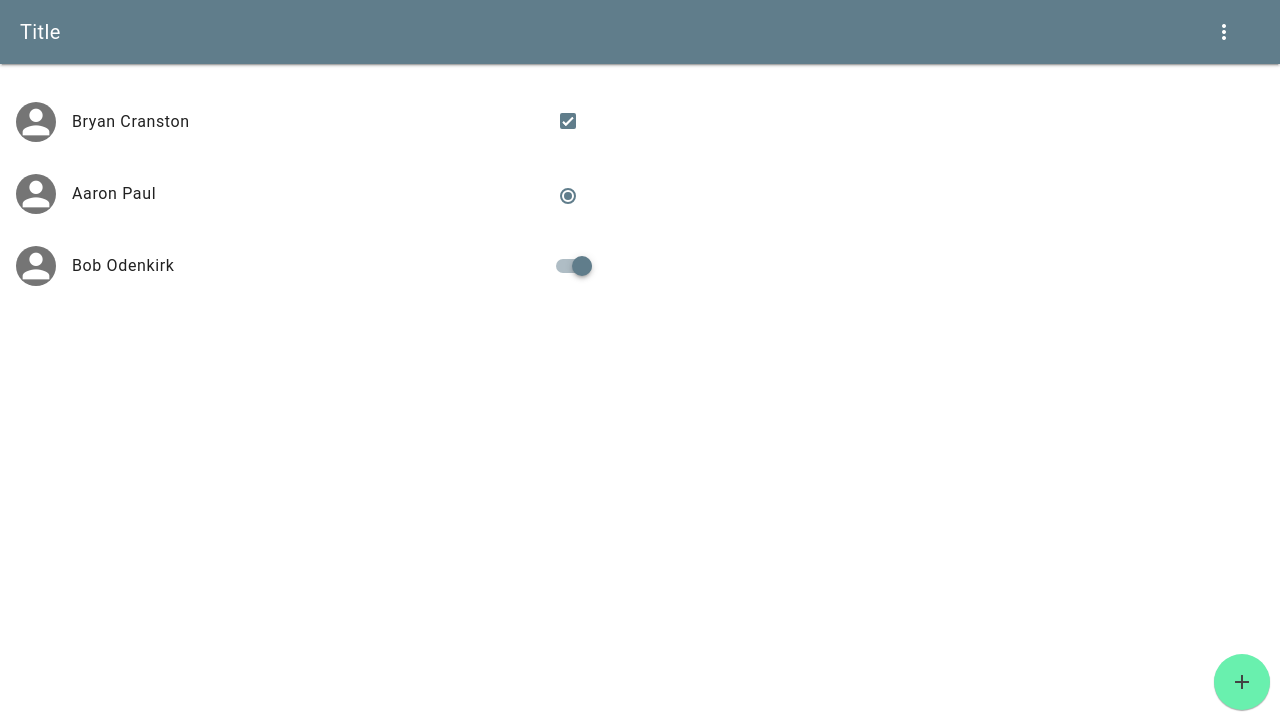
Repository: robertods/robertods.github.io
Page: my-pwa/mockups/main.html
The author's editor kept a copy of each file at every save. The page is drawn from the files as they stood at one save, then again after a run of saves.
The browser window is 1280 px wide. The pictures show the whole page.

Above is the page before, as saved 2022-04-25 20:53:40.

After the next 2 saves:
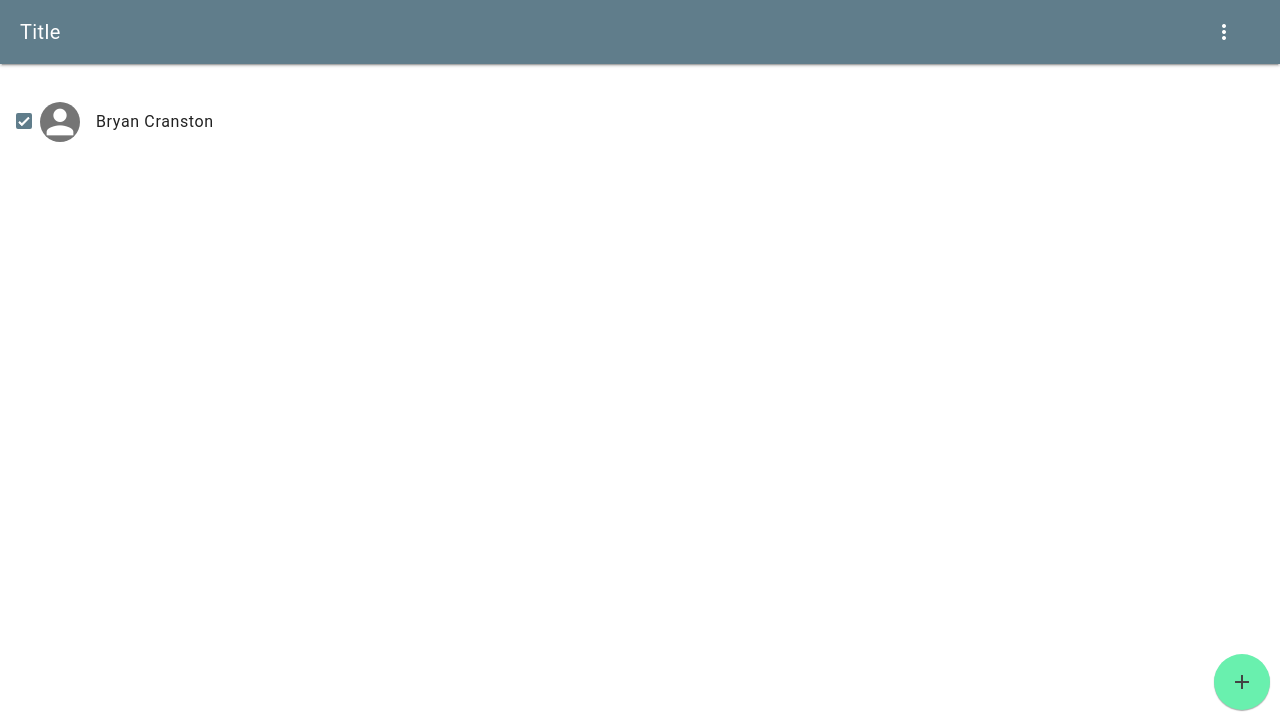
The 2 saves are shown as one change because they came seconds apart.
The last was saved 31 s later.
--- a/my-pwa/mockups/main.html
+++ b/my-pwa/mockups/main.html
@@ -43,38 +43,17 @@
 
         <ul class="demo-list-control mdl-list">
           <li class="mdl-list__item">
-            <span class="mdl-list__item-primary-content">
-              <i class="material-icons  mdl-list__item-avatar">person</i>
-              Bryan Cranston
-            </span>
             <span class="mdl-list__item-secondary-action">
               <label class="mdl-checkbox mdl-js-checkbox mdl-js-ripple-effect" for="list-checkbox-1">
                 <input type="checkbox" id="list-checkbox-1" class="mdl-checkbox__input" checked />
               </label>
             </span>
-          </li>
-          <li class="mdl-list__item">
             <span class="mdl-list__item-primary-content">
               <i class="material-icons  mdl-list__item-avatar">person</i>
-              Aaron Paul
-            </span>
-            <span class="mdl-list__item-secondary-action">
-              <label class="demo-list-radio mdl-radio mdl-js-radio mdl-js-ripple-effect" for="list-option-1">
-                <input type="radio" id="list-option-1" class="mdl-radio__button" name="options" value="1" checked />
-              </label>
+              Bryan Cranston
             </span>
           </li>
-          <li class="mdl-list__item">
-            <span class="mdl-list__item-primary-content">
-              <i class="material-icons  mdl-list__item-avatar">person</i>
-              Bob Odenkirk
-            </span>
-            <span class="mdl-list__item-secondary-action">
-              <label class="mdl-switch mdl-js-switch mdl-js-ripple-effect" for="list-switch-1">
-                <input type="checkbox" id="list-switch-1" class="mdl-switch__input" checked />
-              </label>
-            </span>
-          </li>
+
         </ul>
 
         <button class="action-corner mdl-button mdl-js-button mdl-button--fab mdl-js-ripple-effect mdl-button--colored">
